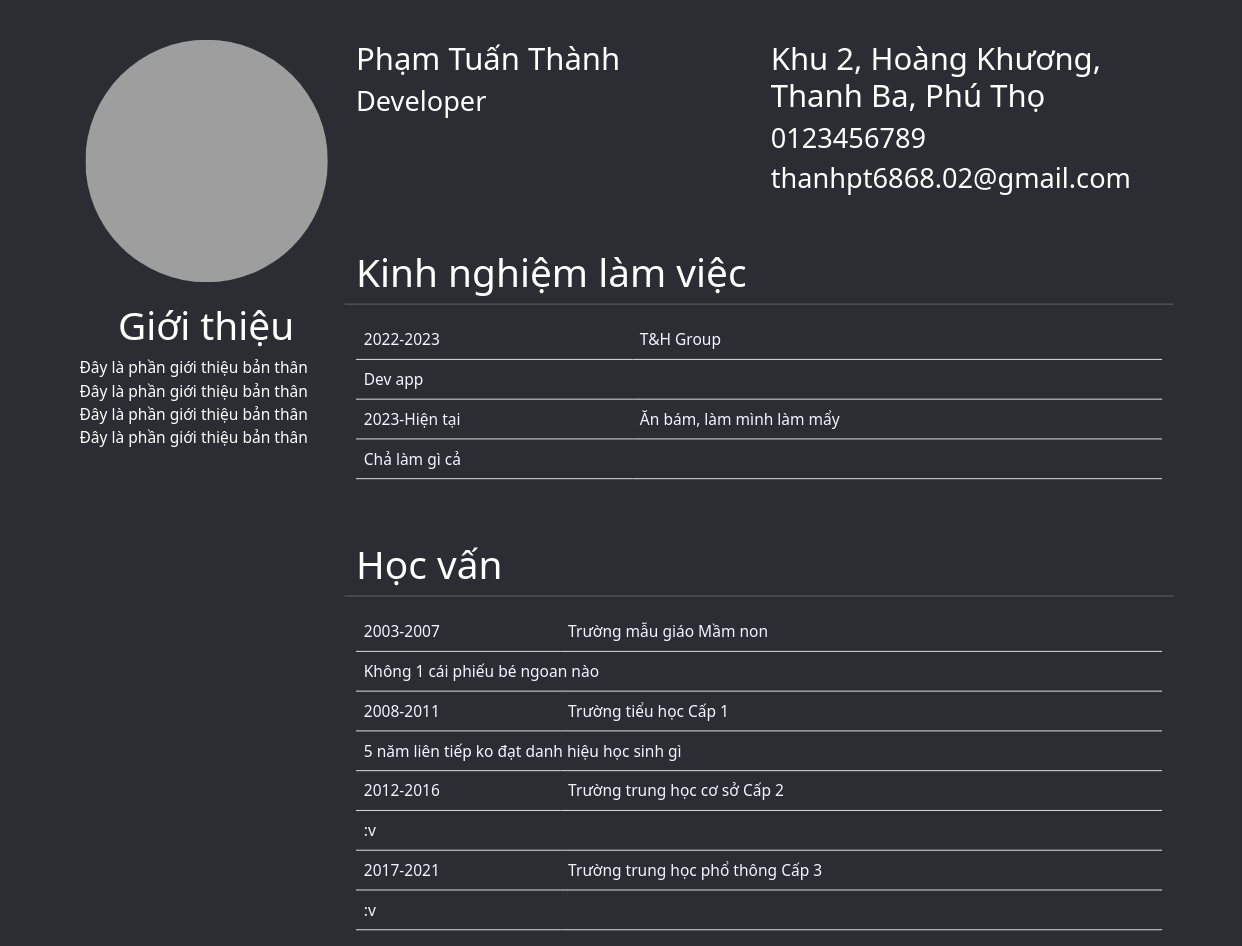
Repository: thanhp6868/ltWeb
Page: 2709/cv/index.html
The author's editor kept a copy of each file at every save. The page is drawn from the files as they stood at one save, then again after the next save.
The browser window is 1280 px wide. The pictures show the whole page, at 97% of full size.
Pictures or frames that could not be fetched are drawn as grey boxes.

Above is the page before, as saved 2023-10-04 10:31:18.

After the next save:
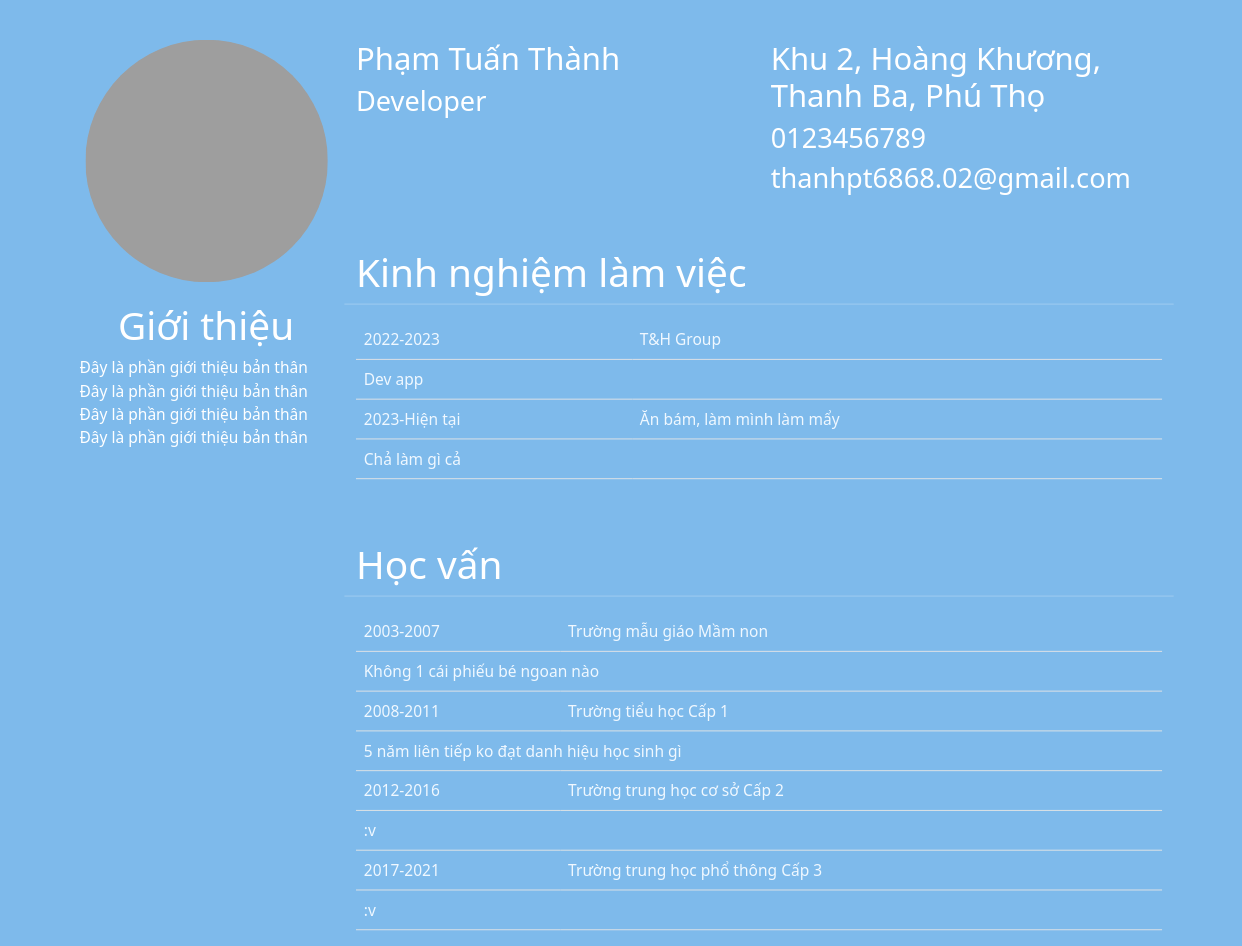
Saved 22 s later.
--- a/2709/cv/css/style.css
+++ b/2709/cv/css/style.css
@@ -1,5 +1,5 @@
 body{
-    background-color: rgb(44, 44, 51);
+    background-color: #7ebaeb ;
     padding-top: 25px;
     color: rgb(255, 255, 255);
 }
